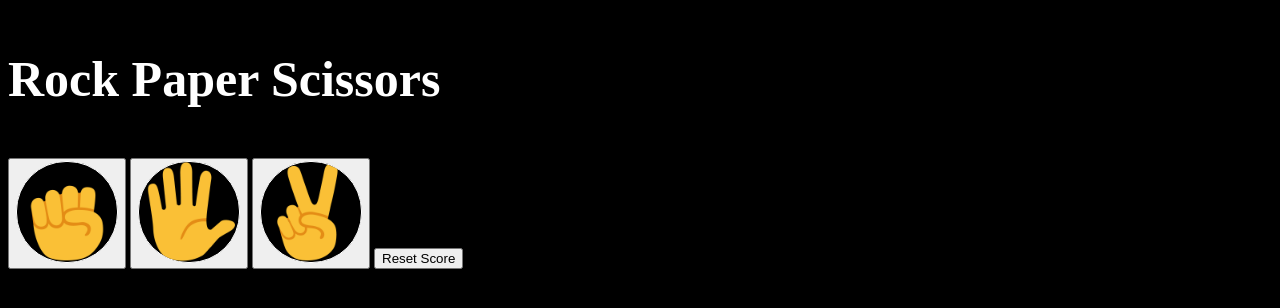
Repository: pgyunknown/Rock_paper_scissors-
Page: index.html
These files come from the project's save history. The page is drawn as it stood at one moment and after the next save; the edit follows.
The browser window is 1280 px wide. The pictures show the whole page.

Above is the page before, as saved 2024-08-30 17:04:07.

### index.html

<!DOCTYPE html>
<html>
  <head>
    <title>Rock Paper Scissors</title>
    <link rel="stylesheet" href="index.css">
  </head>
  <body>
    <p class="title">Rock Paper Scissors</p>
    <button onclick="
      playGame('rock');
    "class="emoji"><img src="images/rock-emoji.png" alt=""></button>

    <button onclick="
      playGame('paper');
    " class="emoji"><img src="images/paper-emoji.png" alt=""></button>

    <button onclick="
      playGame('scissors');
    " class="emoji"><img src="images/scissors-emoji.png" alt=""></button>

    <button onclick="
      score.wins = 0;
      score.losses = 0;
      score.ties = 0;
      localStorage.removeItem('score');
    ">Reset Score</button>

    <script src="index.js">

    </script>
  </body>
</html>

### index.css
body{
  background-color: black;
  color: white;
}
.title{
  font-size: 50px;
  font-weight: bold;
}

button img{
  height: 100px;
  width: 100px;
  background-color: black;
  border: 1px solid white;
  border-radius: 50px;
}

button .emoji{
  background-color: black;
}

### index.js
      let score = JSON.parse(localStorage.getItem('score')) || {
        wins: 0,
        losses: 0,
        ties: 0
      };

      function pickComputerMove() {
        const randomNumber = Math.random();

        let computerMove = '';

        if (randomNumber >= 0 && randomNumber < 1 / 3) {
          computerMove = 'rock';
        } else if (randomNumber >= 1 / 3 && randomNumber < 2 / 3) {
          computerMove = 'paper';
        } else if (randomNumber >= 2 / 3 && randomNumber < 1) {
          computerMove = 'scissors';
      }

        return computerMove;
      }
      function playGame(playerMove) {
        const computerMove = pickComputerMove();

        let result = '';

        if (playerMove === 'scissors') {
          if (computerMove === 'rock') {
            result = 'You lose.';
          } else if (computerMove === 'paper') {
            result = 'You win.';
          } else if (computerMove === 'scissors') {
            result = 'Tie.';
          }

        } else if (playerMove === 'paper') {
          if (computerMove === 'rock') {
            result = 'You win.';
          } else if (computerMove === 'paper') {
            result = 'Tie.';
          } else if (computerMove === 'scissors') {
            result = 'You lose.';
          }

        } else if (playerMove === 'rock') {
          if (computerMove === 'rock') {
            result = 'Tie.';
          } else if (computerMove === 'paper') {
            result = 'You lose.';
          } else if (computerMove === 'scissors') {
            result = 'You win.';
          }
        }

        if (result === 'You win.') {
          score.wins += 1;
        } else if (result === 'You lose.') {
          score.losses += 1;
        } else if (result === 'Tie.') {
          score.ties += 1;
        }

        localStorage.setItem('score', JSON.stringify(score));

        alert(`You picked ${playerMove}. Computer picked ${computerMove}. ${result}
Wins: ${score.wins}, Losses: ${score.losses}, Ties: ${score.ties}`);
      }

After the next save:
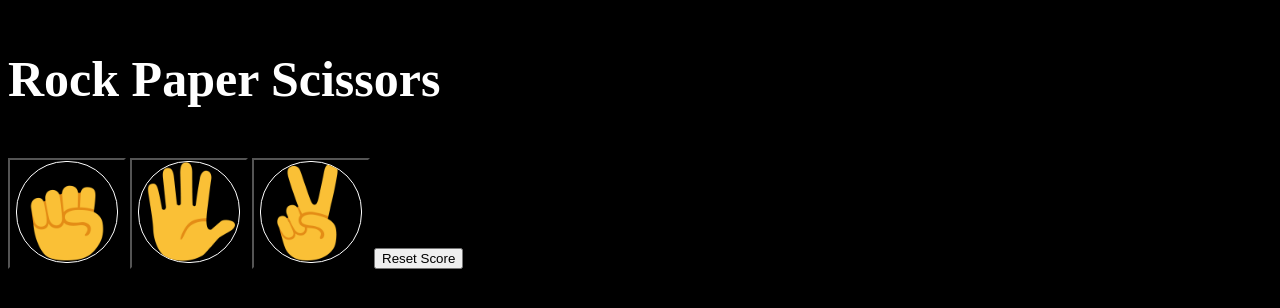
Saved 4 s later.
--- a/index.css
+++ b/index.css
@@ -14,7 +14,6 @@ button img{
   border: 1px solid white;
   border-radius: 50px;
 }
-
-button .emoji{
+.emoji{
   background-color: black;
 }
